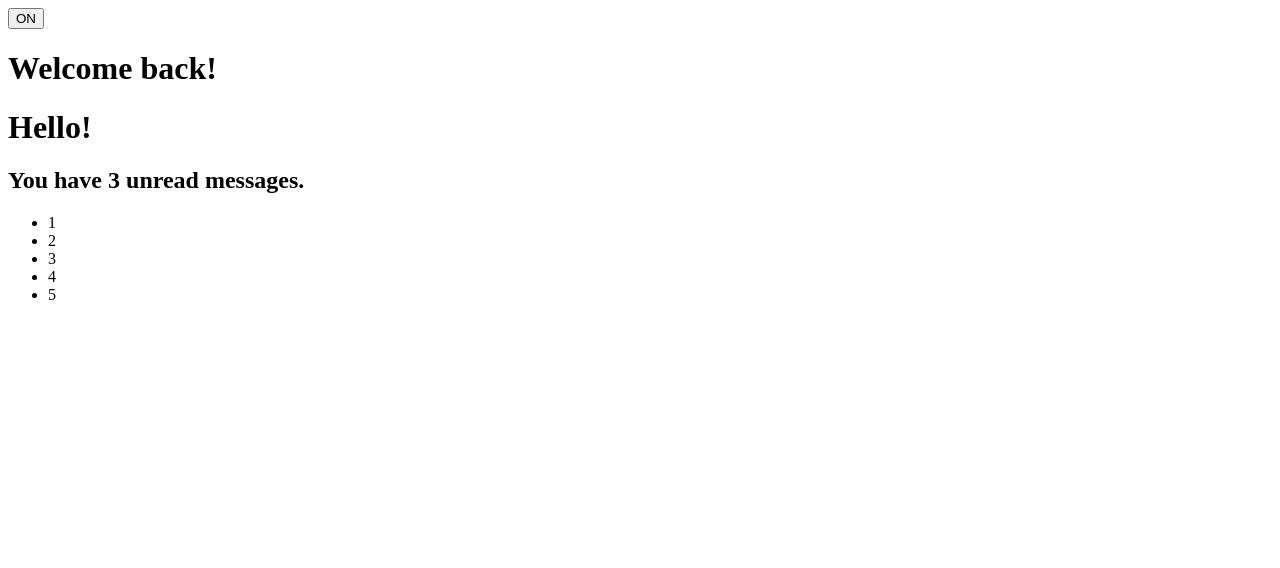
Repository: WanYouwen/react_study_code
Page: day01/01-基础/test.html
The author's editor kept a copy of each file at every save. The page is drawn from the files as they stood at one save, then again after the next save.
The browser window is 1280 px wide. The pictures show the whole page.

Above is the page before, as saved 2020-08-11 18:07:36.

### day01/01-基础/test.html
<!DOCTYPE html>
<html lang="en">
  <head>
    <meta charset="UTF-8" />
    <meta name="viewport" content="width=device-width, initial-scale=1.0" />
    <title>Document</title>
  </head>
  <body>
    <div id="app"></div>
  </body>
  <script src="../../base/react.min.js"></script>
  <script src="../../base/react-dom.min.js"></script>
  <script src="../../base//browser.min.js"></script>

  <script type="text/babel">
    const messages = ['React', 'Re: React', 'Re:Re: React'];
    class Toggle extends React.Component {
      constructor(props) {
        super(props);
        this.state = { isToggleOn: true };

        // 为了在回调中使用 `this`，这个绑定是必不可少的
        // this.handleClick = this.handleClick.bind(this);
      }

      handleClick() {
        this.setState((state) => ({
          isToggleOn: !state.isToggleOn,
        }));
      }

      render() {
        return (
          <div>
            <button onClick={() => this.handleClick()}>
              {/**
            箭头函数 或者 bind()
            */}
              {this.state.isToggleOn ? 'ON' : 'OFF'}
            </button>
            {/**
           Try changing to isLoggedIn={true}:
            */}
            <Greeting isLoggedIn={this.state.isToggleOn} />
            <Mailbox unreadMessages={messages} />
            {/**  <ul>{listItems}</ul>*/}
            <NumberList numbers={numbers} />
          </div>
        );
      }
    }
    function UserGreeting(props) {
      return <h1>Welcome back!</h1>;
    }

    function GuestGreeting(props) {
      return <h1>Please sign up.</h1>;
    }

    function Greeting(props) {
      const isLoggedIn = props.isLoggedIn;
      if (isLoggedIn) {
        return <UserGreeting />;
      }
      return <GuestGreeting />;
    }
    function Mailbox(props) {
      const unreadMessages = props.unreadMessages;
      return (
        <div>
          <h1>Hello!</h1>
          {unreadMessages.length > 0 && (
            <h2>You have {unreadMessages.length} unread messages.</h2>
          )}
        </div>
      );
    }
    const numbers = [1, 2, 3, 4, 5];
    const listItems = numbers.map((number) => <li>{number}</li>);
    function NumberList(props) {
      const numbers = props.numbers;
      const listItems = numbers.map((number) => (
        <li key={number.toString()}>{number}</li>
      ));
      return <ul>{listItems}</ul>;
    }

    function Blog(props) {
      const sidebar = (
        <ul>
          {props.posts.map((post) => (
            <li key={post.id}>{post.title}</li>
          ))}
        </ul>
      );
      const content = props.posts.map((post) => (
        <div key={post.id}>
          <h3>{post.title}</h3>
          <p>{post.content}</p>
        </div>
      ));
      return (
        <div>
          {sidebar}
          <hr />
          {content}
        </div>
      );
    }

    const posts = [
      { id: 1, title: 'Hello World', content: 'Welcome to learning React!' },
      {
        id: 2,
        title: 'Installation',
        content: 'You can install React from npm.',
      },
    ];
    console.log(ReactDOM, 'ReactDOM');
    ReactDOM.render(<Toggle />, app);
  </script>
</html>

Loaded but not shown: base/react.min.js (library); base/react-dom.min.js (library); base/browser.min.js (library)

After the next save:
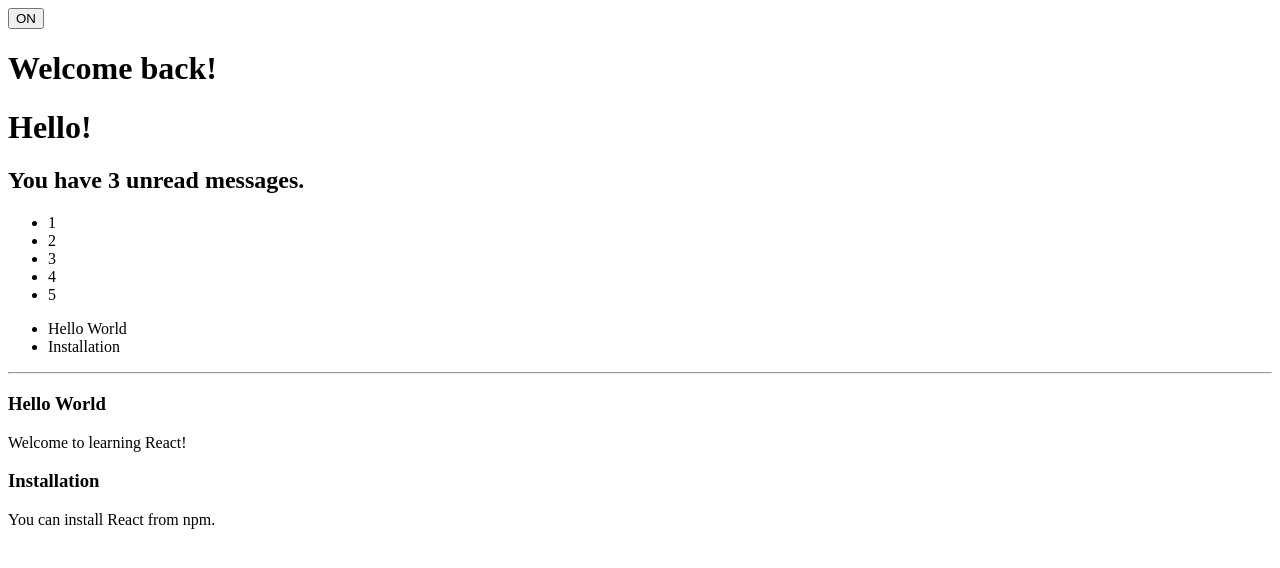
Saved 13 s later.
--- a/day01/01-基础/test.html
+++ b/day01/01-基础/test.html
@@ -45,6 +45,7 @@
             <Mailbox unreadMessages={messages} />
             {/**  <ul>{listItems}</ul>*/}
             <NumberList numbers={numbers} />
+            <Blog posts={posts} />
           </div>
         );
       }
